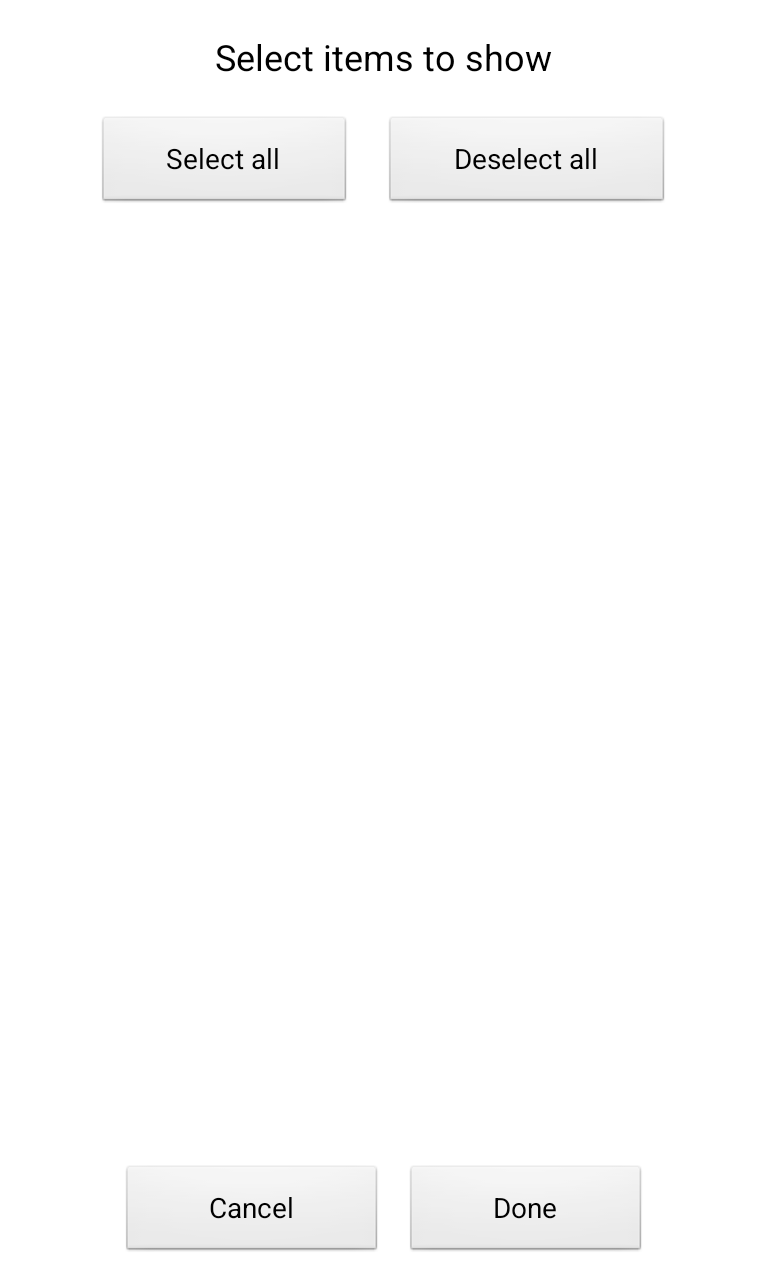
Repository: hakehuang/FITII
Layout: KinetisList/STM32List/res/layout/column_selector.xml
The author's editor kept a copy of each file at every save. The layout is drawn from the files as they stood at one save, then again after the next save.
It is drawn on a 768 x 1280 px phone screen (xhdpi) without system bars, with theme android:Theme.Light.NoTitleBar; the app's code is not run.

Above is the layout before, as saved 2013-09-26 06:37:34.

After the next save:
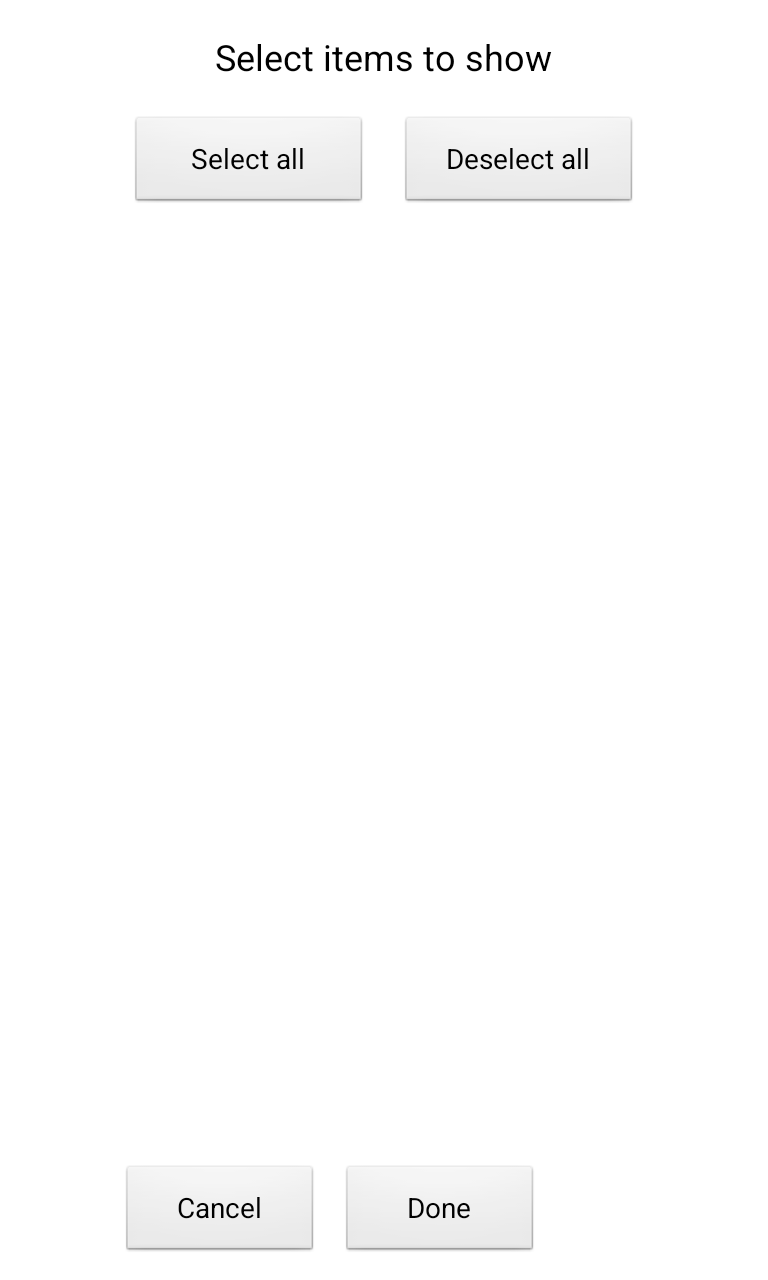
Saved 5 min 34 s later.
--- a/KinetisList/STM32List/res/layout/column_selector.xml
+++ b/KinetisList/STM32List/res/layout/column_selector.xml
@@ -25,43 +25,25 @@
         android:gravity="center"
         android:orientation="horizontal" >
 
-        <TextView
-            android:id="@+id/textView1"
-            android:layout_width="wrap_content"
-            android:layout_height="wrap_content"
-            android:layout_marginTop="10dp"
-            android:layout_weight="2"
-            android:text="@string/blank_text" />
-
         <Button
             android:id="@+id/select_allitem"
-            android:layout_width="wrap_content"
+            android:layout_width="120dp"
             android:layout_height="wrap_content"
             android:layout_marginBottom="5dp"
             android:layout_marginLeft="15dp"
             android:layout_marginRight="5dp"
             android:layout_marginTop="5dp"
-            android:layout_weight="3"
             android:text="@string/select_all" />
 
         <Button
             android:id="@+id/deselect_allitem"
-            android:layout_width="wrap_content"
+            android:layout_width="120dp"
             android:layout_height="wrap_content"
             android:layout_marginBottom="5dp"
             android:layout_marginLeft="10dp"
             android:layout_marginRight="15dp"
             android:layout_marginTop="5dp"
-            android:layout_weight="3"
             android:text="@string/deselect_all" />
-
-        <TextView
-            android:id="@+id/textView2"
-            android:layout_width="wrap_content"
-            android:layout_height="wrap_content"
-            android:layout_marginTop="10dp"
-            android:layout_weight="2"
-            android:text="@string/blank_text" />
     </LinearLayout>
 
     <LinearLayout
@@ -73,22 +55,20 @@
 
         <Button
             android:id="@+id/choose_item_cancel"
-            android:layout_width="wrap_content"
+            android:layout_width="100dp"
             android:layout_height="wrap_content"
             android:layout_gravity="center"
             android:layout_marginLeft="50dp"
             android:layout_marginRight="5dp"
-            android:layout_weight="1"
             android:text="Cancel" />
 
         <Button
             android:id="@+id/choose_item_ok"
-            android:layout_width="wrap_content"
+            android:layout_width="100dp"
             android:layout_height="wrap_content"
             android:layout_gravity="center"
             android:layout_marginLeft="5dp"
             android:layout_marginRight="50dp"
-            android:layout_weight="1"
             android:text="Done" />
     </LinearLayout>
 
